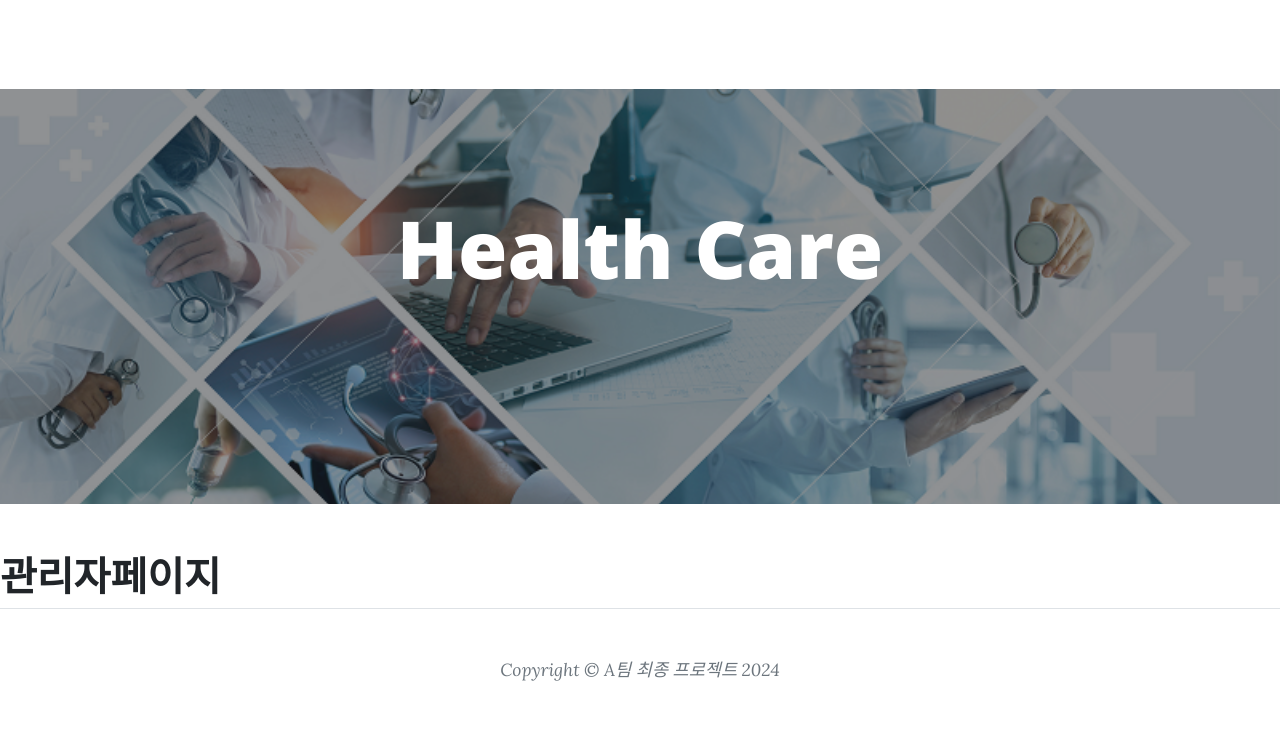
Repository: honsb91/project
Page: http://localhost/hospital/board/patient.jsp
These files come from the project's save history. The page is drawn as it stood at one moment and after the next save; the edit follows.
The browser window is 1280 px wide. The pictures show the whole page.
Some web libraries are served in a nearby version. The page is served by Tomcat 9. Nobody is signed in. The application's start-up code is not run. The template is opened directly, without the code that normally fills it, so the values that code supplies are empty.

Above is the page before, as saved 2024-02-01 03:07:48.

After the next save:
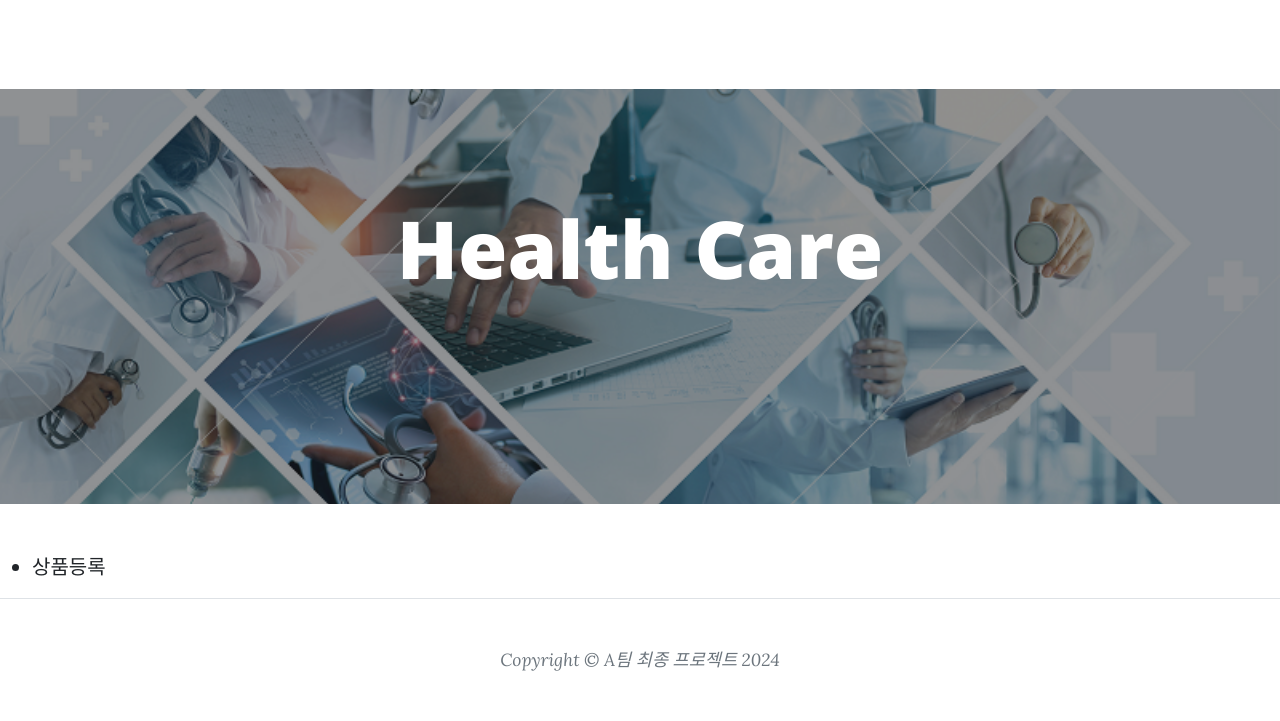
Saved 29 min 25 s later.
--- a/hospital/src/main/webapp/board/patient.jsp
+++ b/hospital/src/main/webapp/board/patient.jsp
@@ -8,7 +8,13 @@
 </head>
 <%@ include file="/include/header.jsp"%>
 <body>
-	<h1>관리자페이지</h1>
+	<div class="admin_wrap">
+		<ul>
+			<li>
+				<a class="admin_list_01">상품등록</a>
+			</li>
+		</ul>
+	</div>
 </body>
 <%@ include file="/include/footer.jsp"%>
 </html>
